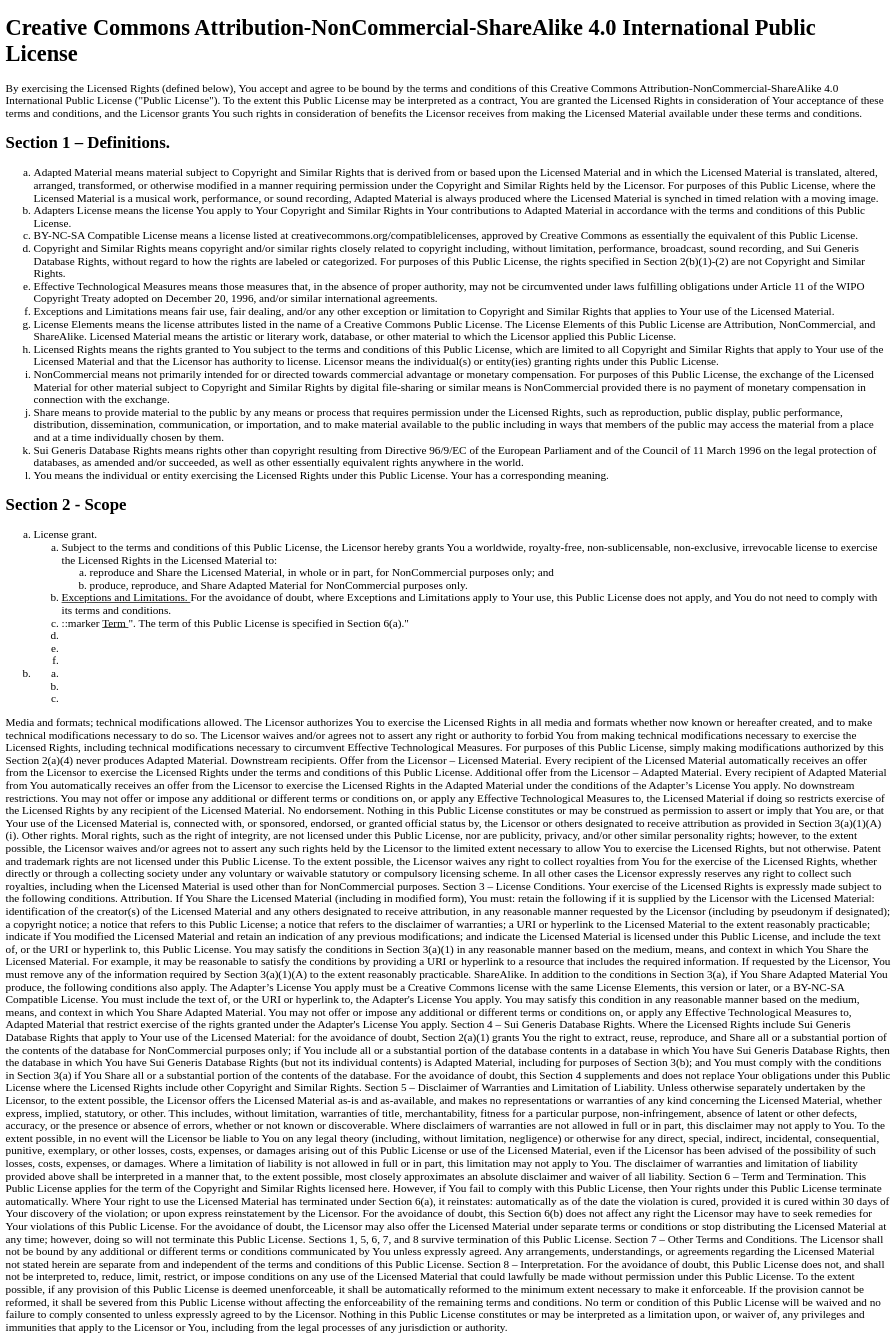
Repository: Team-Ikigami/Ascendance
Page: LICENSE-CC BY-NC-SA.html
These files come from the project's save history. The page is drawn as it stood at one moment and after the next save; the edit follows.
The browser window is 1280 px wide. The pictures show the whole page, at 70% of full size.

Above is the page before, as saved 2021-12-12 01:13:51.

After the next save:
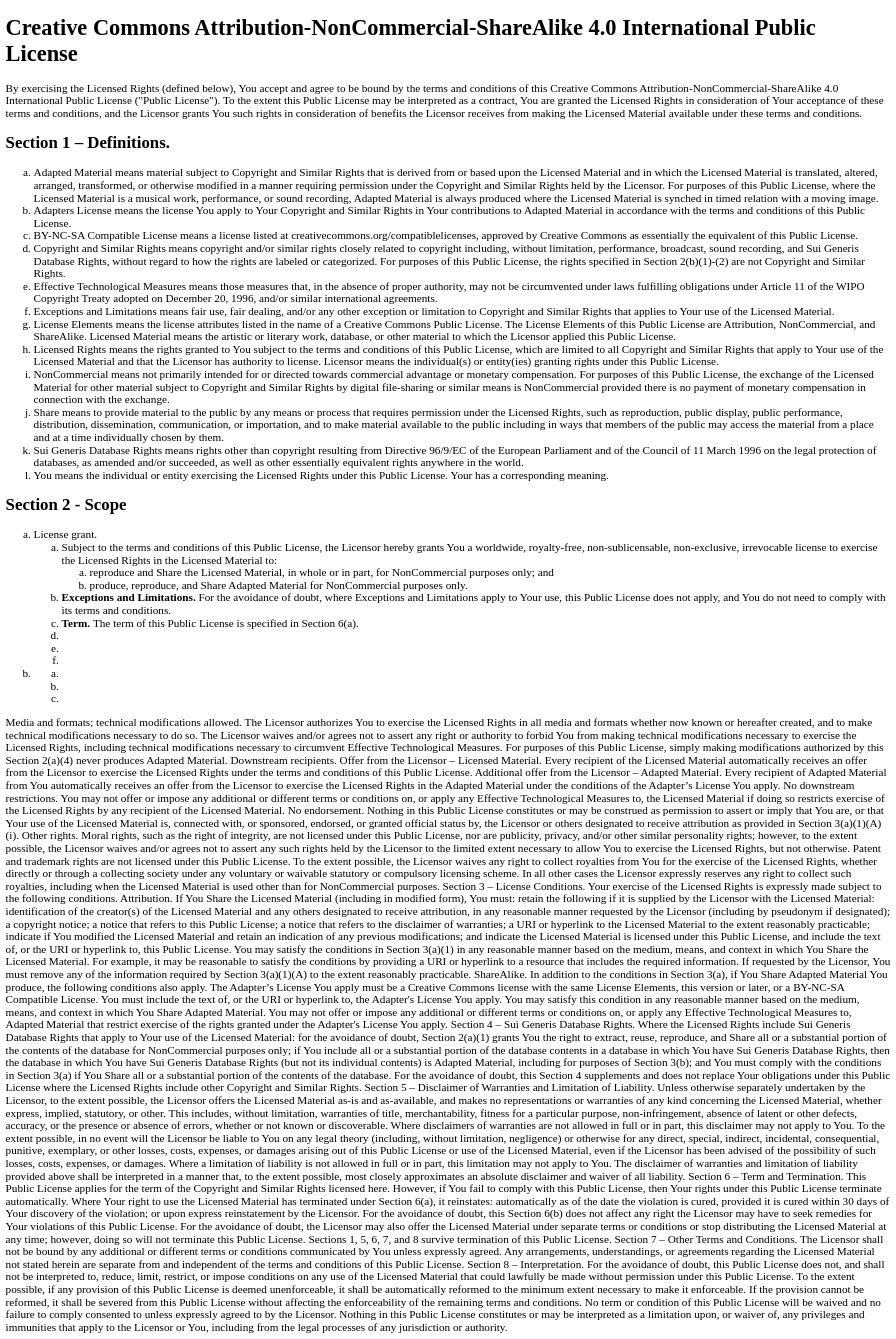
Saved 82 s later.
--- a/LICENSE-CC BY-NC-SA.html
+++ b/LICENSE-CC BY-NC-SA.html
@@ -68,17 +68,16 @@
 					</ol>
 				</li>
 				<li>
-					<span style="text-decoration: underline;">
+					<b>
 						Exceptions and Limitations.
-					</span>
+					</b>
 					For the avoidance of doubt, where Exceptions and Limitations apply to Your use, this Public License does not apply, and You do not need to comply with its terms and conditions.
 				</li>
 				<li>
-					::marker
-					<span style="text-decoration: underline;">
-						Term
-					</span>
-					". The term of this Public License is specified in Section 6(a)."
+					<b>
+						Term.
+					</b>
+					The term of this Public License is specified in Section 6(a).
 				</li>
 				<li></li>
 				<li></li>
